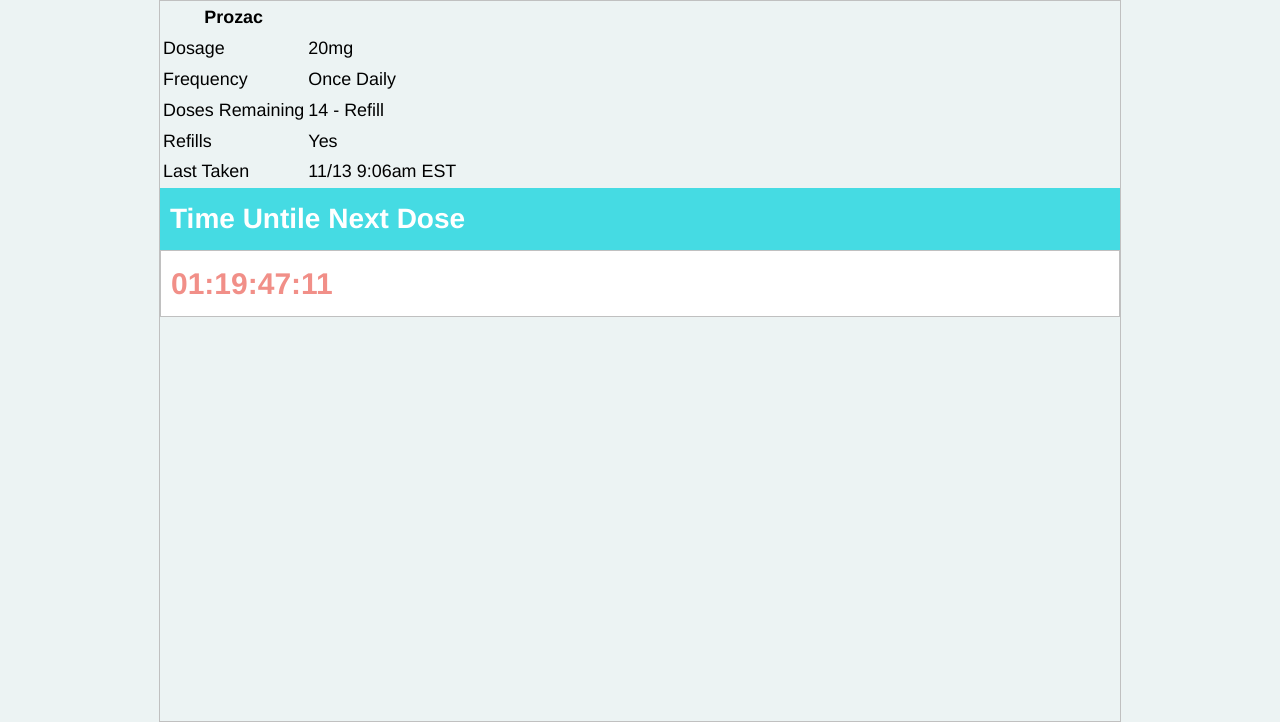
Repository: TheRobotCarlson/MedCheck
Page: workspace/ProzacDoc.html
The author's editor kept a record of every edit. The page is drawn from the files as they stood at one moment, then again after the next edit.
The browser window is 1280 px wide. The pictures show the whole page.
Some web libraries are served in a nearby version.

Above is the page before.

After the next edit:
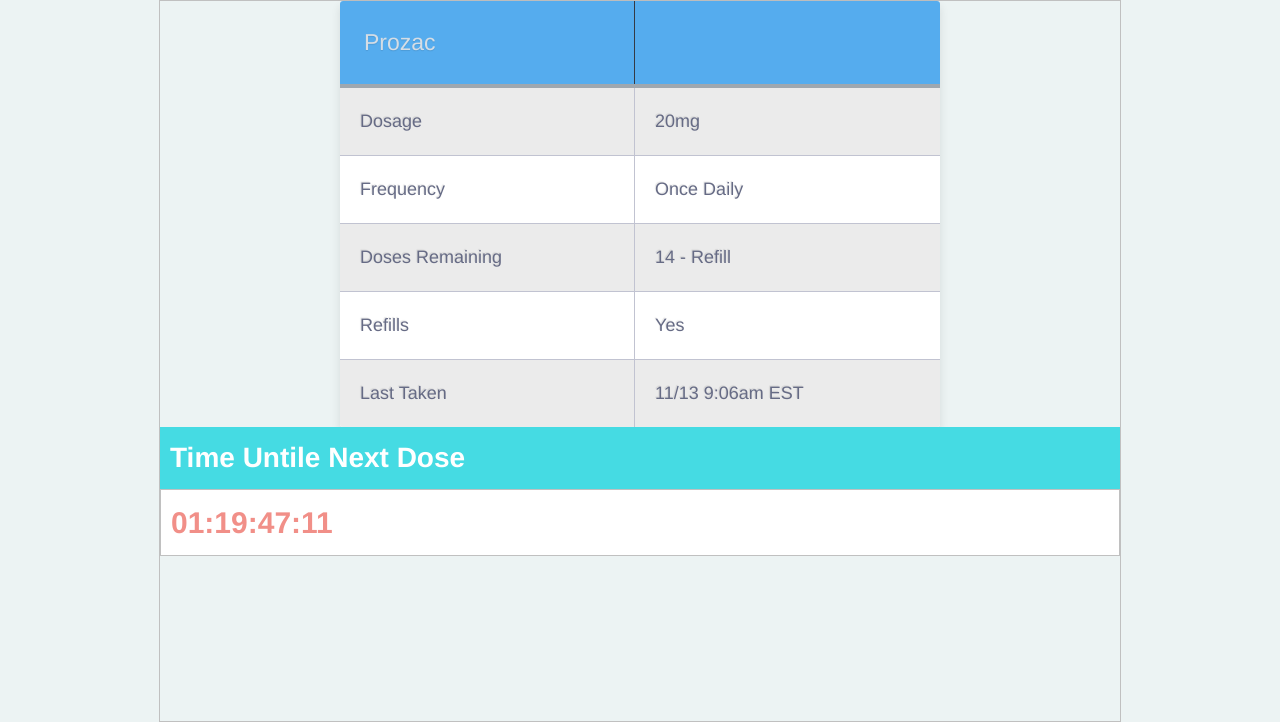
The edit:
--- a/workspace/medcheck.css
+++ b/workspace/medcheck.css
@@ -272,3 +272,121 @@
   opacity: 1;
   box-shadow: 0 3px 4px rgba(0, 0, 0, .15);
 }
+
+
+
+/*** Table Styles **/
+
+.table-fill {
+  background: white;
+  border-radius:3px;
+  border-collapse: collapse;
+  height: 320px;
+  margin: auto;
+  max-width: 600px;
+  padding:5px;
+  width: 100%;
+  box-shadow: 0 5px 10px rgba(0, 0, 0, 0.1);
+  animation: float 5s infinite;
+}
+
+th {
+  color:#D5DDE5;;
+  background:#55acee;
+  border-bottom:4px solid #9ea7af;
+  border-right: 1px solid #343a45;
+  font-size:23px;
+  font-weight: 100;
+  padding:24px;
+  text-align:left;
+  text-shadow: 0 1px 1px rgba(0, 0, 0, 0.1);
+  vertical-align:middle;
+}
+
+th:first-child {
+  border-top-left-radius:3px;
+}
+
+th:last-child {
+  border-top-right-radius:3px;
+  border-right:none;
+}
+
+tr {
+  border-top: 1px solid #C1C3D1;
+  border-bottom-: 1px solid #C1C3D1;
+  color:#666B85;
+  font-size:16px;
+  font-weight:normal;
+  text-shadow: 0 1px 1px rgba(256, 256, 256, 0.1);
+}
+
+tr:hover td {
+  background:#4E5066;
+  color:#FFFFFF;
+  border-top: 1px solid #22262e;
+  border-bottom: 1px solid #22262e;
+}
+
+tr:first-child {
+  border-top:none;
+}
+
+tr:last-child {
+  border-bottom:none;
+}
+
+tr:nth-child(odd) td {
+  background:#EBEBEB;
+}
+
+tr:nth-child(odd):hover td {
+  background:#4E5066;
+}
+
+tr:last-child td:first-child {
+  border-bottom-left-radius:3px;
+}
+
+tr:last-child td:last-child {
+  border-bottom-right-radius:3px;
+}
+
+td {
+  background:#FFFFFF;
+  padding:20px;
+  text-align:left;
+  vertical-align:middle;
+  font-weight:300;
+  font-size:18px;
+  text-shadow: -1px -1px 1px rgba(0, 0, 0, 0.1);
+  border-right: 1px solid #C1C3D1;
+}
+
+td:last-child {
+  border-right: 0px;
+}
+
+th.text-left {
+  text-align: left;
+}
+
+th.text-center {
+  text-align: center;
+}
+
+th.text-right {
+  text-align: right;
+}
+
+td.text-left {
+  text-align: left;
+}
+
+td.text-center {
+  text-align: center;
+}
+
+td.text-right {
+  text-align: right;
+}
